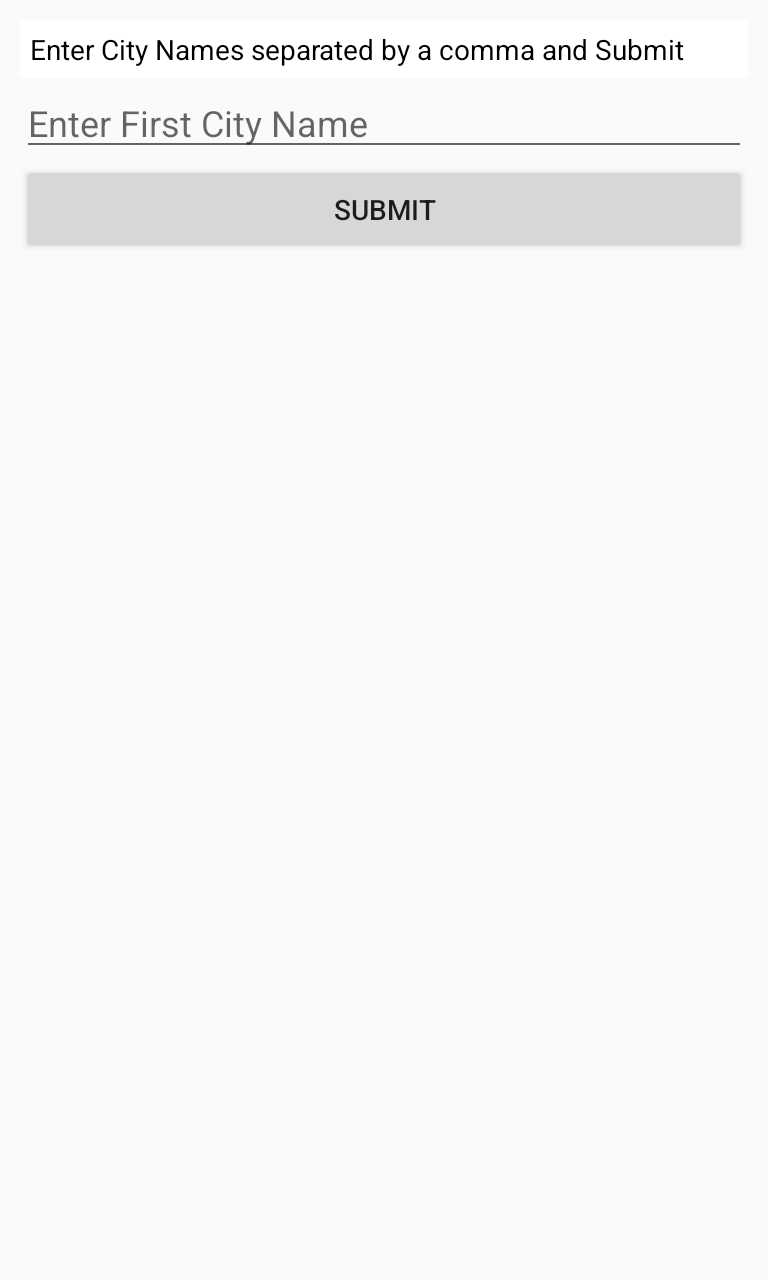
Repository: bhameamit/LeftShiftTask
Layout: LeftShiftTask/LeftShiftTak/res/layout/activity_main.xml
These files come from the project's save history. The layout is drawn as it stood at one moment and after the next save; the edit follows.
It is drawn on a 768 x 1280 px phone screen (xhdpi) without system bars, with theme AppTheme; the app's code is not run.

Above is the layout before, as saved 2015-02-19 20:41:50.

After the next save:
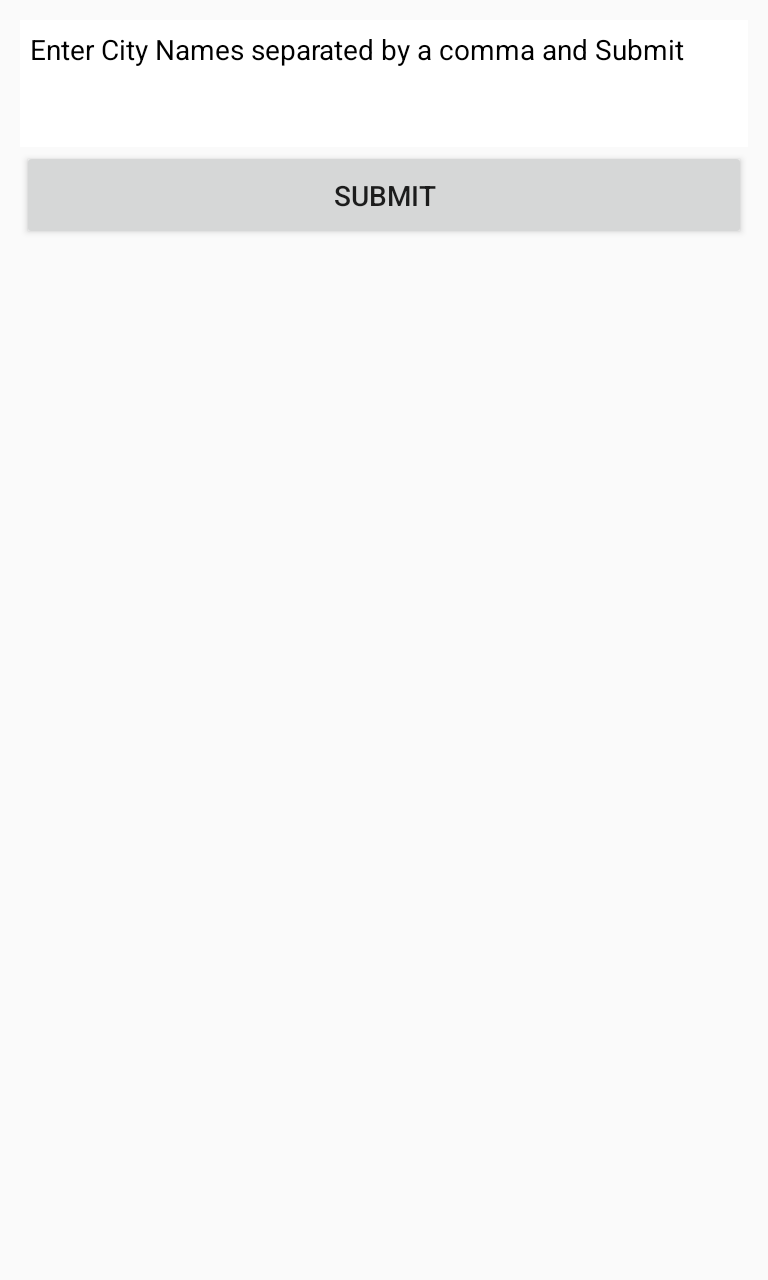
Saved 15 s later.
--- a/LeftShiftTask/LeftShiftTak/res/layout/activity_main.xml
+++ b/LeftShiftTask/LeftShiftTak/res/layout/activity_main.xml
@@ -2,28 +2,29 @@
     xmlns:tools="http://schemas.android.com/tools"
     android:layout_width="match_parent"
     android:layout_height="match_parent"
-    tools:context="com.example.leftshifttak.MainActivity"
+    android:orientation="vertical"
     android:padding="10dp"
-    android:orientation="vertical" >
+    tools:context="com.example.leftshifttak.MainActivity" >
 
     <TextView
         android:layout_width="match_parent"
         android:layout_height="wrap_content"
-        android:textColor="@android:color/black"
         android:background="@android:color/white"
+        android:padding="5dp"
         android:text="@string/info"
-        android:padding="5dp"/>
+        android:textColor="@android:color/black" />
 
     <EditText
         android:id="@+id/city1"
         android:layout_width="match_parent"
         android:layout_height="wrap_content"
-        android:hint="Enter First City Name" />
+        android:background="@android:color/white"
+        android:padding="5dp" />
 
     <Button
         android:id="@+id/send_city"
         android:layout_width="match_parent"
         android:layout_height="wrap_content"
-        android:text="Submit"/>
+        android:text="Submit" />
 
 </LinearLayout>
